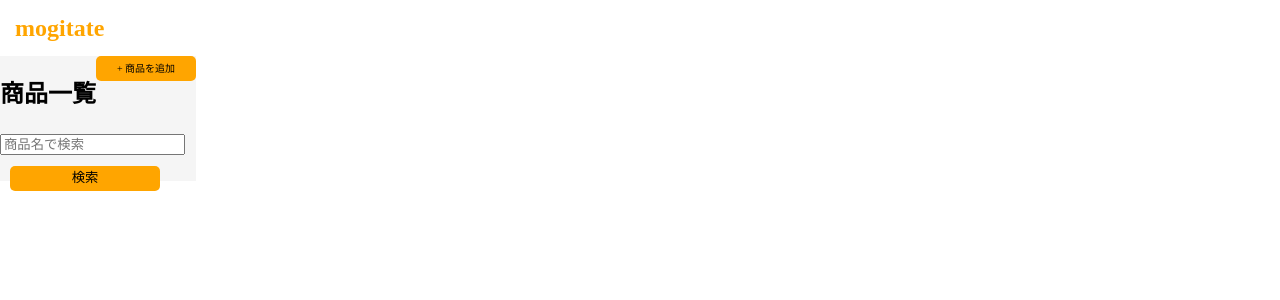
Repository: tokisiro/fruit-products
Page: http://localhost/products
The author's editor kept a copy of each file at every save. The page is drawn from the files as they stood at one save, then again after the next save.
The browser window is 1280 px wide. The pictures show the whole page.
The page is served by the project's Laravel application, run on PHP 8.4 with Laravel 8. Queries for data that is not in the repository find no rows.

Above is the page before, as saved 2025-05-16 20:19:55.

After the next save:
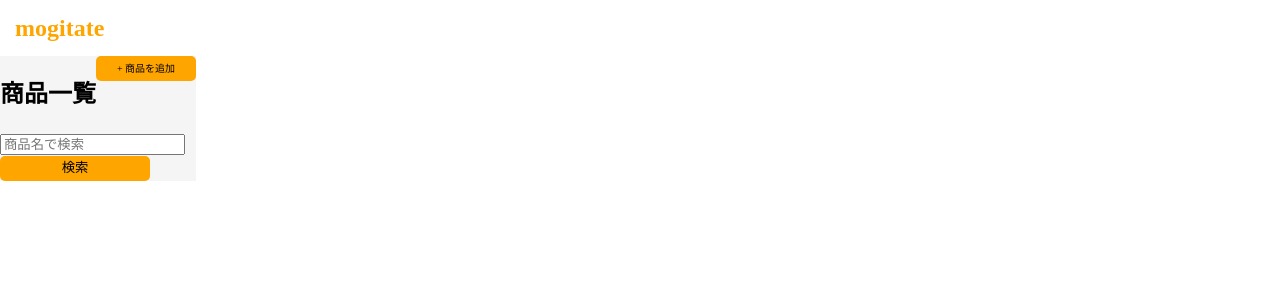
Saved 7 s later.
--- a/src/resources/views/product.blade.php
+++ b/src/resources/views/product.blade.php
@@ -34,7 +34,7 @@
                     <div class="product__content-search--form-text">
                         <input class="product__content-search--form-text--item" type="text" name="name" placeholder="商品名で検索">
                     </div>
-                    <div class="product__content-search-button">
+                    <div class="product__content-search--form-button">
                         <button class="product__content-search-button--item">
                         検索
                         </button>
